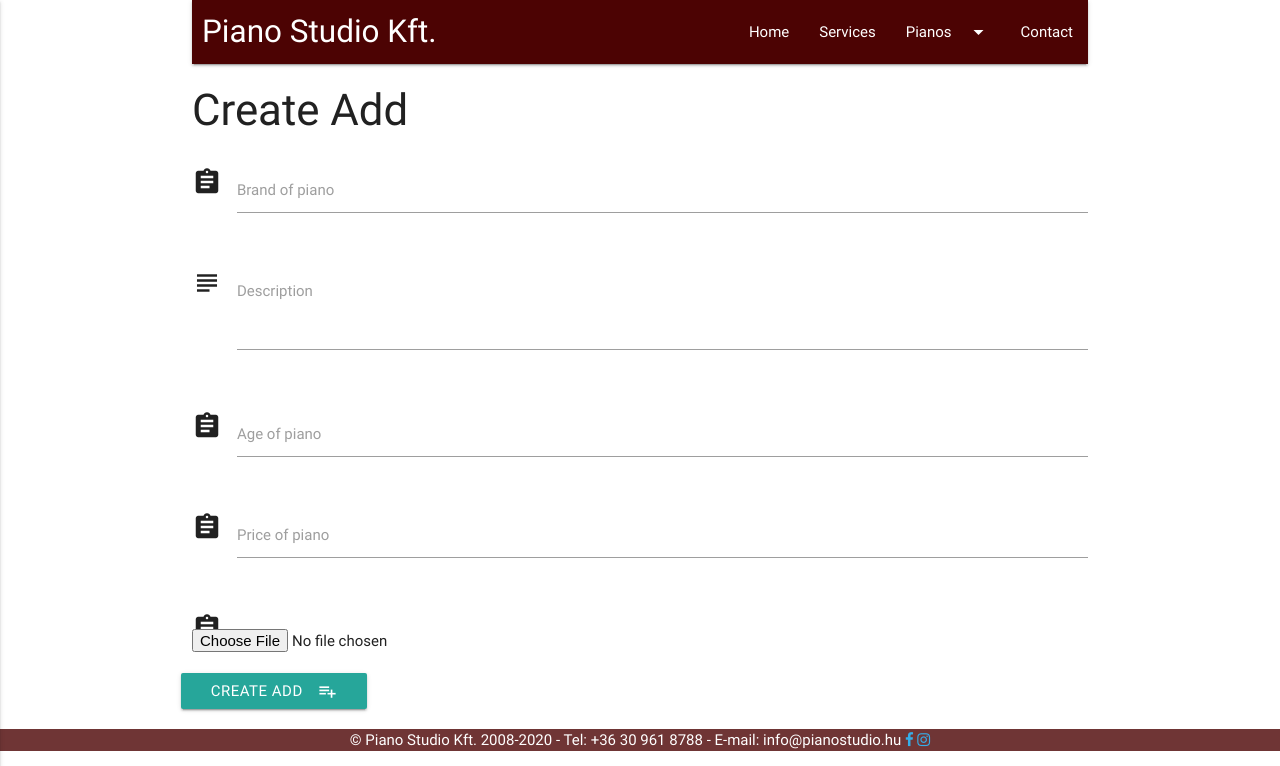
Repository: badiattila/pianostudioheroku
Page: http://localhost/createadd
The author's editor kept a record of every edit. The page is drawn from the files as they stood at one moment, then again after the next edit.
The browser window is 1280 px wide. The pictures show the whole page.
Some web libraries are served in a nearby version. The page is served by the project's application, run on Flask 3 (app.py).

Above is the page before.

After the next edit:
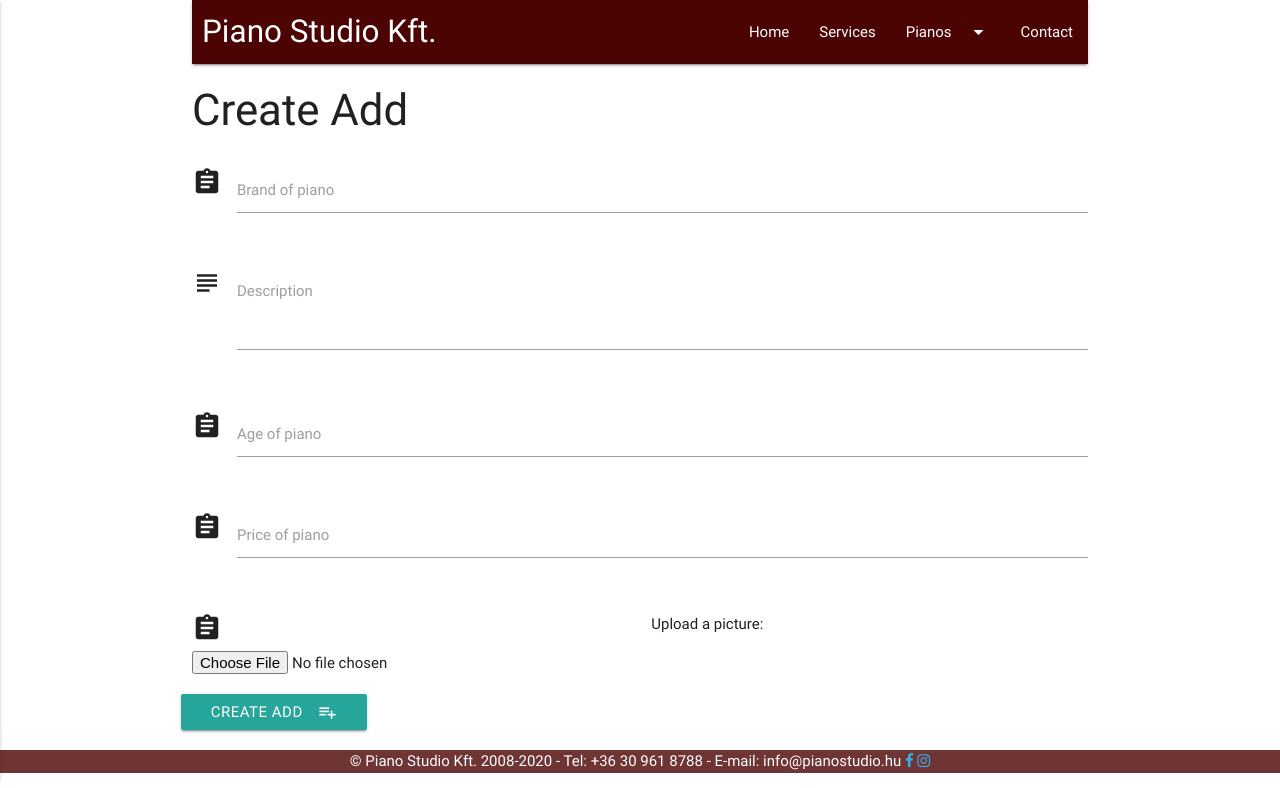
The edit:
--- a/templates/create_add.html
+++ b/templates/create_add.html
@@ -41,6 +41,7 @@
             <i class="material-icons prefix">assignment</i>
         </div>
         <div class="input-field col s6">
+            Upload a picture:
         </div>
         <div class="input-field col s6">
             <input id="picture" name="picture" type="file" class="validate">
